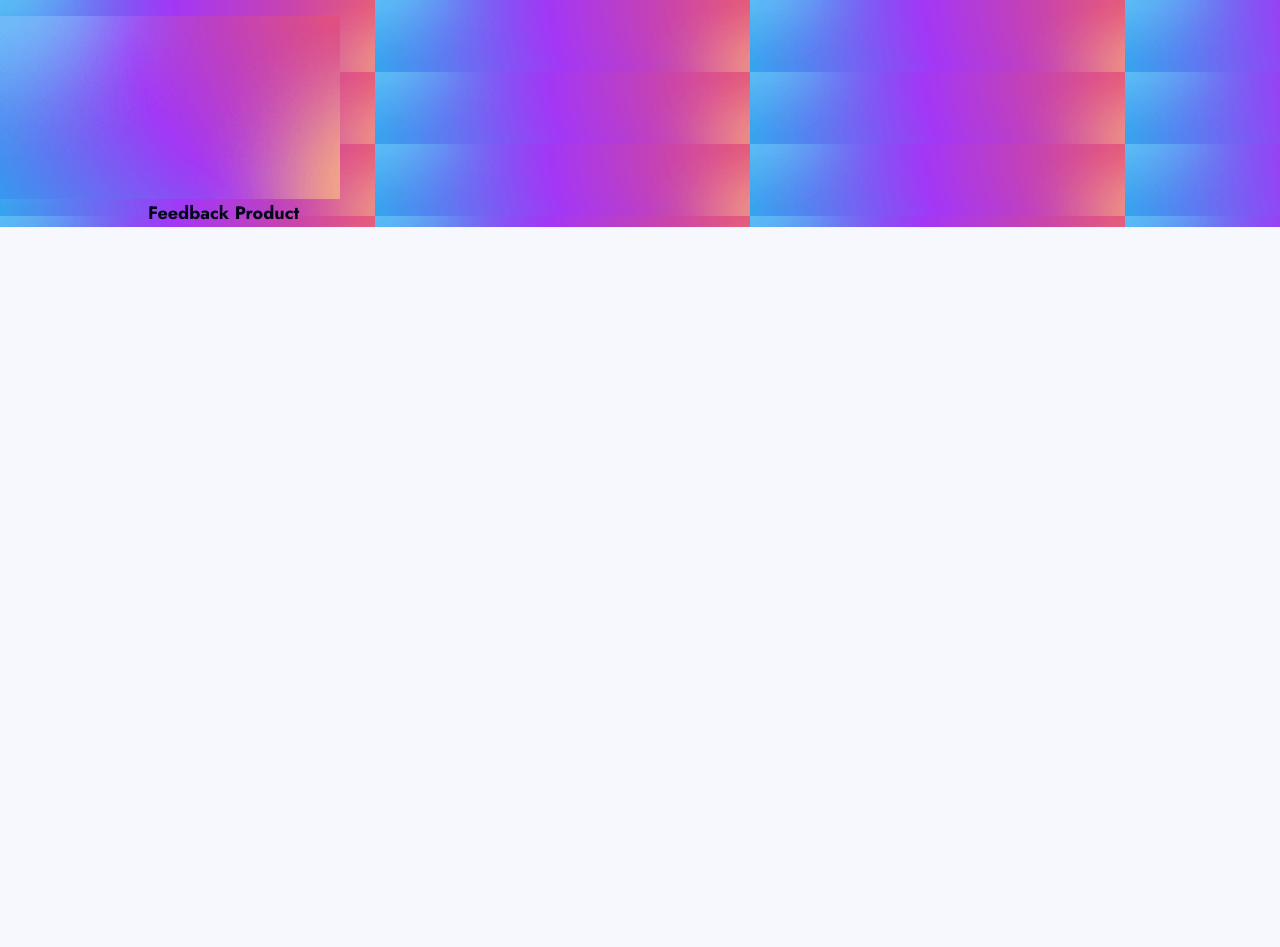
Repository: KornelJanczak/product-feedback-app
Page: /
An editor plug-in stored every save of this project. The page is shown before and after a run of saves, followed by the edit.
The browser window is 1280 px wide. The pictures show the whole page.
The page's requests for data from a server got no answer. The project was rebuilt for these pictures with package versions that can differ from the ones it lists, and the page was loaded fresh each time. The framework's server and built-in components were replaced by stand-ins that run in the browser. No one was signed in, and anything a server would have sent is missing. Also part of the build but not shown: next.config.js, next.config.mjs.

Above is the page before, as saved 2024-01-29 18:00:28.

### app/layout.tsx
import type { Metadata } from "next";
import { Jost } from "next/font/google";
import { Toaster } from "sonner";
import "./globals.css";
import { authOptions } from "@/app/api/auth/[...nextauth]/options";
import { getServerSession } from "next-auth";
import AuthProvider from "@/providers/session-provider";

export const jost = Jost({
  subsets: ["latin"],
});

export const metadata: Metadata = {
  title: "Product Feedback",
  description: "Create your own section!",
};

export default async function RootLayout({
  children,
}: Readonly<{
  children: React.ReactNode;
}>) {
  const session = await getServerSession(authOptions);

  return (
    <html lang="en">
      <body
        className={`${jost.className} bg-darkWhite`}
        suppressHydrationWarning={true}
      >
        <AuthProvider session={session}>
          <Toaster position="top-center" />
          {children}
        </AuthProvider>
      </body>
    </html>
  );
}

### app/(content)/layout.tsx
import { ReactNode } from "react";
import Nav from "./_components/nav";

export default function Layout({ children }: { children: ReactNode }) {
  return (
    <>
      <Nav />
      {children}
    </>
  );
}

### app/globals.css
@tailwind base;
@tailwind components;
@tailwind utilities;

* {
  margin: 0;
  padding: 0;
}

@layer base {
  :root {
    --background: 0 0% 100%;
    --foreground: 222.2 84% 4.9%;

    --card: 0 0% 100%;
    --card-foreground: 222.2 84% 4.9%;

    --popover: 0 0% 100%;
    --popover-foreground: 222.2 84% 4.9%;

    --primary: 222.2 47.4% 11.2%;
    --primary-foreground: 210 40% 98%;

    --secondary: 210 40% 96.1%;
    --secondary-foreground: 222.2 47.4% 11.2%;

    --muted: 210 40% 96.1%;
    --muted-foreground: 215.4 16.3% 46.9%;

    --accent: 210 40% 96.1%;
    --accent-foreground: 222.2 47.4% 11.2%;

    --destructive: 0 84.2% 60.2%;
    --destructive-foreground: 210 40% 98%;

    --border: 214.3 31.8% 91.4%;
    --input: 214.3 31.8% 91.4%;
    --ring: 222.2 84% 4.9%;

    --radius: 0.5rem;
  }

  .dark {
    --background: 222.2 84% 4.9%;
    --foreground: 210 40% 98%;

    --card: 222.2 84% 4.9%;
    --card-foreground: 210 40% 98%;

    --popover: 222.2 84% 4.9%;
    --popover-foreground: 210 40% 98%;

    --primary: 210 40% 98%;
    --primary-foreground: 222.2 47.4% 11.2%;

    --secondary: 217.2 32.6% 17.5%;
    --secondary-foreground: 210 40% 98%;

    --muted: 217.2 32.6% 17.5%;
    --muted-foreground: 215 20.2% 65.1%;

    --accent: 217.2 32.6% 17.5%;
    --accent-foreground: 210 40% 98%;

    --destructive: 0 62.8% 30.6%;
    --destructive-foreground: 210 40% 98%;

    --border: 217.2 32.6% 17.5%;
    --input: 217.2 32.6% 17.5%;
    --ring: 212.7 26.8% 83.9%;
  }
}

@layer base {
  * {
    @apply border-border;
  }
  body {
    @apply bg-background text-foreground;
  }
}

### app/api/auth/[...nextauth]/options.ts
import NextAuth, { NextAuthOptions } from "next-auth";
import GithubProvider from "next-auth/providers/github";
import CredentialsProvider from "next-auth/providers/credentials";
import { PrismaAdapter } from "@next-auth/prisma-adapter";
import bcryptjs from "bcryptjs";
import prisma from "@/lib/db";

export const authOptions: NextAuthOptions = {
  adapter: PrismaAdapter(prisma),
  session: {
    strategy: "jwt",
  },
  secret: process.env.NEXTAUTH_SECRET,
  pages: {
    signIn: "/login",
  },
  providers: [
    GithubProvider({
      clientId: process.env.GITHUB_ID as string,
      clientSecret: process.env.GITHUB_SECRET as string,
    }),
    CredentialsProvider({
      name: "credentials",
      credentials: {},
      async authorize(credentials) {
        try {
          const { email, password } = credentials as {
            email: string;
            password: string;
          };

          console.log(email, password);
          const user = await prisma?.user.findFirst({
            where: {
              email,
            },
          });

          if (!user) return null;

          const passwordMatch = await bcryptjs.compare(
            password,
            user.password as string
          );

          if (!passwordMatch) return null;

          return user;
        } catch {
          return null;
        }
      },
    }),
  ],
  callbacks: {
    async signIn({ user, account }) {
      if (account?.provider == "credentials") return user;

      if (account?.provider === "github") {
        try {
          const existingUser = await prisma.user.findFirst({
            where: {
              email: user.email as string,
            },
          });

          if (existingUser) return existingUser;

          const newUser = await prisma.user.create({
            data: {
              userName: user.name!,
              email: user.email!,
            },
          });

          return newUser as any;
        } catch {
          return false;
        }
      }
    },
    async jwt({ token }) {
      const dbUser = await prisma.user.findFirst({
        where: {
          email: token.email as string,
        },
      });

      if (!dbUser) return token;

      return {
        id: dbUser.id,
        email: dbUser.email,
        name: dbUser.userName,
      };
    },

    async session({ token, session }) {
      if (token) {
        return {
          ...session,
          user: {
            email: token.email,
            name: token.name,
            id: token.id,
          },
        };
      }
      return session;
    },
    async redirect({ url, baseUrl }) {
      // if (url.startsWith("/")) return `${baseUrl}`;
      // // Allows callback URLs on the same origin
      // else if (new URL(url).origin === baseUrl) return baseUrl;
      // return baseUrl;
      return "/";
    },
  },
};

export default NextAuth(authOptions);

### providers/session-provider.tsx
"use client";
import { SessionProvider } from "next-auth/react";
import { ReactNode } from "react";
export default function AuthProvider({
  children,
  session,
}: {
  children: ReactNode;
  session: any;
}) {
  return <SessionProvider session={session}>{children}</SessionProvider>;
}

### app/(content)/_components/nav.tsx
import ResponsiveImage from "@/components/ui/responsive-image";

export default function Nav() {
  return (
    <header className="bg-[url('/public/assets/suggestions/mobile/background-header.png')] text pt-4">
      <ResponsiveImage
        images={{
          desktop: "/assets/suggestions/desktop/background-header.png",
          mobile: "/assets/suggestions/mobile/background-header.png",
          tablet: "/assets/suggestions/tablet/background-header.png",
        }}
        altText="Gradient image"
        width={340}
        height={78}
      />
      <div className="container">
        <h2 className="text-lg font-bold">Feedback Product</h2>
      </div>
    </header>
  );
}

### components/ui/responsive-image.tsx
import Image from "next/image";

interface Data {
  images: {
    mobile?: string;
    tablet?: string;
    desktop: string;
  };
  altText: string;
  width: number;
  height: number;
  pictureClassName?: any | null | undefined;
  imgClassName?: any | null | undefined;
}

const ResponsiveImage = ({
  images,
  altText,
  width,
  height,
  pictureClassName,
  imgClassName,
}: Data) => {
  return (
    <picture className={pictureClassName}>
      <source media="(min-width: 1024px)" srcSet={images.desktop} />
      <source media="(min-width: 768px)" srcSet={images.tablet} />
      <source media="(min-width: 640px)" srcSet={images.mobile} />
      <Image
        src={images.desktop}
        alt={altText}
        width={width}
        height={height}
        className={imgClassName}
        loading="lazy"
      />
    </picture>
  );
};
export default ResponsiveImage;

### tailwind.config.ts
import type { Config } from "tailwindcss";

const config = {
  darkMode: ["class"],
  content: [
    "./pages/**/*.{ts,tsx}",
    "./components/**/*.{ts,tsx}",
    "./app/**/*.{ts,tsx}",
    "./src/**/*.{ts,tsx}",
  ],
  prefix: "",
  theme: {
    container: {
      center: true,
      padding: {
        DEFAULT: "1.25rem",
        sm: "1.25rem",
        md: "1.25rem",
        lg: "2,5rem",
        xl: "2,5rem",
        "2xl": "2,5rem",
      },
      screens: {
        default: "1400px",
        sm: "640px",
        md: "768px",
        lg: "1024px",
        xl: "1280",
        "2xl": "1400px",
      },
    },
    extend: {
      backgroundImage: {
        "header-mobile": "url('/assets/suggestions/mobile/background-header.png')",
        "header-desktop": "url('/assets/suggestions/desktop/background-header.png')",
        "header-tablet": "url('/assets/suggestions/tablet/background-header.png')",
      },
      colors: {
        border: "hsl(var(--border))",
        input: "hsl(var(--input))",
        ring: "hsl(var(--ring))",
        background: "hsl(var(--background))",
        foreground: "hsl(var(--foreground))",
        primary: {
          DEFAULT: "hsl(var(--primary))",
          foreground: "hsl(var(--primary-foreground))",
        },
        secondary: {
          DEFAULT: "hsl(var(--secondary))",
          foreground: "hsl(var(--secondary-foreground))",
        },
        destructive: {
          DEFAULT: "hsl(var(--destructive))",
          foreground: "hsl(var(--destructive-foreground))",
        },
        muted: {
          DEFAULT: "hsl(var(--muted))",
          foreground: "hsl(var(--muted-foreground))",
        },
        accent: {
          DEFAULT: "hsl(var(--accent))",
          foreground: "hsl(var(--accent-foreground))",
        },
        popover: {
          DEFAULT: "hsl(var(--popover))",
          foreground: "hsl(var(--popover-foreground))",
        },
        card: {
          DEFAULT: "hsl(var(--card))",
          foreground: "hsl(var(--card-foreground))",
        },
        pink: "#AD1EFA",
        blue: "#4661E6",
        lighterBlue: "#62BCFA",
        dark: "rgb(55, 63, 104)",
        secondDark: "#3A4374",
        grey: "#647196",
        orange: "#F49F85",
        basicWhite: "#ffffff",
        middleWhite: "#F2F4FF",
        darkWhite: "#F7F8FD",
      },
      borderRadius: {
        lg: "var(--radius)",
        md: "calc(var(--radius) - 2px)",
        sm: "calc(var(--radius) - 4px)",
      },
      keyframes: {
        "accordion-down": {
          from: { height: "0" },
          to: { height: "var(--radix-accordion-content-height)" },
        },
        "accordion-up": {
          from: { height: "var(--radix-accordion-content-height)" },
          to: { height: "0" },
        },
      },
      animation: {
        "accordion-down": "accordion-down 0.2s ease-out",
        "accordion-up": "accordion-up 0.2s ease-out",
      },
    },
  },
  plugins: [require("tailwindcss-animate")],
} satisfies Config;

export default config;

Loaded but not shown: app/(content)/page.tsx (common file); lib/db.ts (common file)

After the next 3 saves:
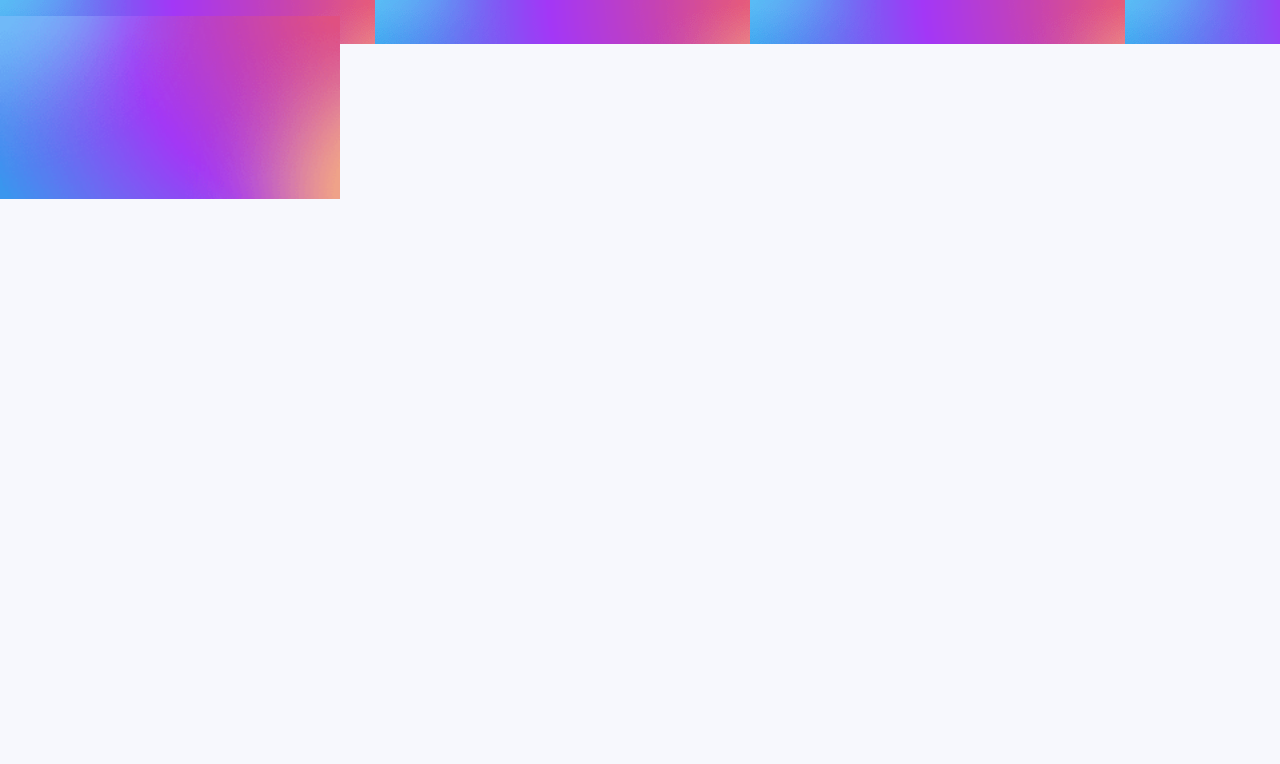
The 3 saves are shown as one change because they came seconds apart.
The last was saved 30 s later.
--- a/app/(content)/_components/nav.tsx
+++ b/app/(content)/_components/nav.tsx
@@ -9,6 +9,7 @@ export default function Nav() {
           mobile: "/assets/suggestions/mobile/background-header.png",
           tablet: "/assets/suggestions/tablet/background-header.png",
         }}
+        pictureClassName="absolute"
         altText="Gradient image"
         width={340}
         height={78}
